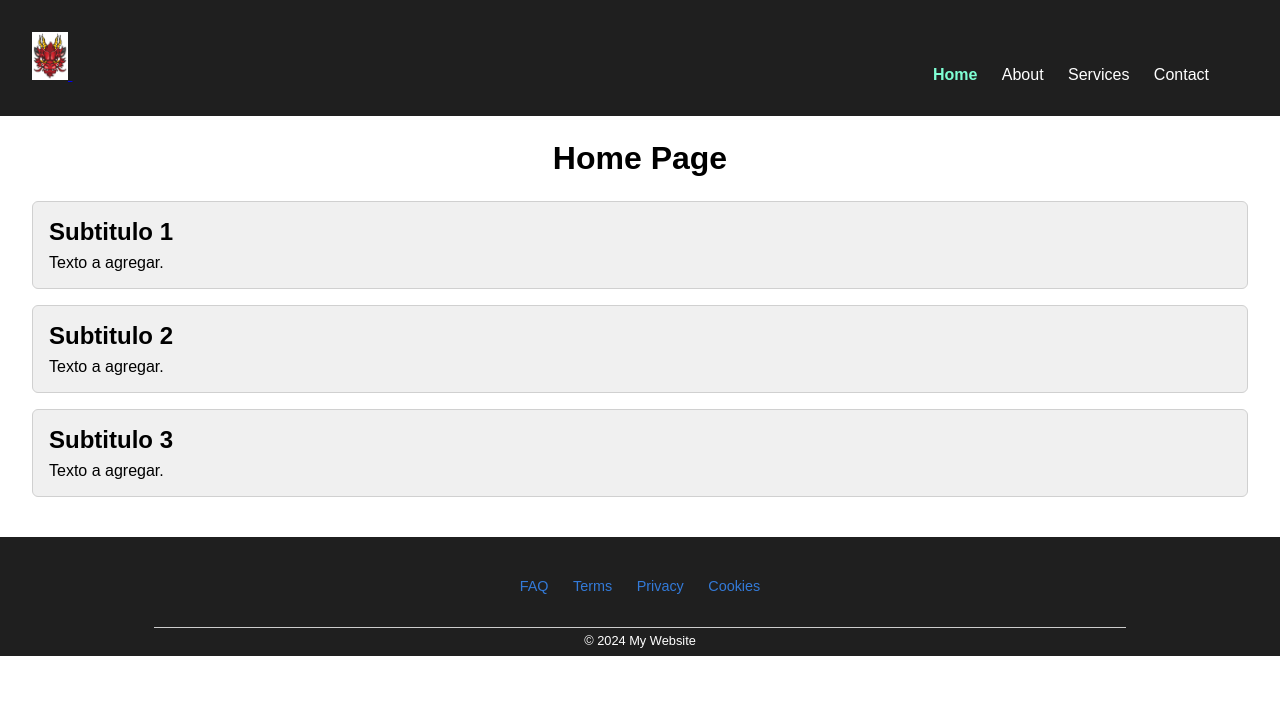
Repository: andreamm-lab/basic-navigation-example-2025-10
Page: index.html
The author's editor kept a copy of each file at every save. The page is drawn from the files as they stood at one save, then again after the next save.
The browser window is 1280 px wide. The pictures show the whole page.

Above is the page before, as saved 2025-11-06 15:48:23.

### index.html
<!DOCTYPE html>
<html lang="en">
<head>
    <meta charset="UTF-8">
    <meta name="viewport" content="width=device-width, initial-scale=1.0">
    <title>Basic Nav Example</title>
    <link rel="stylesheet" href="./main.css">
</head>
<body>
    <header>
        <!--Primary navigation-->
        <nav aria-label="Primary navigation">
            <a href="index.html">
                <img src="images/dragon.png" alt="Dragon logo">
            </a>
            <span class="spacer"></span>
            <ul>
                <li><a href="index.html" class="current">Home</a></li>
                <li><a href="pages/about.html">About</a></li>
                <li><a href="pages/services.html">Services</a></li>
                <li><a href="pages/contact.html">Contact</a></li>
            </ul>
        </nav>
    </header>

    <main class="home-main">
        <h1 id="page-title">Home Page</h1>

        <div class="card-grid">
            <article class="card">
                <h2>Subtitulo 1</h2>
                <p>Texto a agregar.</p>
            </article>
            <article class="card">
                <h2>Subtitulo 2</h2>
                <p>Texto a agregar.</p>
            </article>
            <article class="card">
                <h2>Subtitulo 3</h2>
                <p>Texto a agregar.</p>
            </article>
        </div>
    </main>

    <!--Footer navigation-->
    <footer id="main-footer">
        <nav aria-label="Footer navigation">
            <ul>
                <li><a href="#">FAQ</a></li>
                <li><a href="#">Terms</a></li>
                <li><a href="#">Privacy</a></li>
                <li><a href="#">Cookies</a></li>
            </ul>
        </nav>
        <hr class="footer-line">
        <p>© 2024 My Website</p>
    </footer>
</body>
</html>

### main.css
* {
    box-sizing: border-box;
    margin: 0;
    padding: 0;
}

body {
    font-family: Arial, Helvetica, sans-serif;
    background-color: #ffffff;
    color: #000;
}

/* header - nav principal */
nav {
    padding: 32px 32px;
    min-height: 80px;
    background-color: #1F1F1F;
}

nav img {
    max-height: 48px;
    background-color: white;
}

.spacer {
    display: inline-block;
    width: calc(100% - 40px - 320px);
}

nav ul {
    list-style: none;
    display: inline-block;
    vertical-align: bottom;
}

nav ul li {
    display: inline-block;
    margin-right: 20px;
}

nav ul li:last-child {
    margin-right: 0;
}

nav ul li a {
    text-decoration: none;
}

nav ul li a:link,
nav ul li a:visited {
    color: white;
}

nav ul li a.current {
    color: aquamarine;
    font-weight: bold;
}

nav ul li a:hover {
    color: rgb(92, 229, 0);
}

main {
    display: block;
    padding: 24px 32px;
    min-height: 400px;
}

.home-main h1 {
    text-align: center;
    margin-bottom: 24px;
}

/* text cards */
.card-grid {
    display: block; /* vertical align */
}

.card {
    background-color: #f0f0f0;
    border: 1px solid #d0d0d0;
    border-radius: 6px;
    padding: 16px;
    margin-bottom: 16px;
}

.card h2 {
    margin-bottom: 8px;
}

/* Side menu on Services */
.page {
    display: block;
}

.main-content {
    display: inline-block;
    width: 69%;
    vertical-align: top;
}

.side-nav {
    display: inline-block;
    width: 28%;
    background-color: #2a2a2a;
    color: #fff;
    margin-left: 1%;
    padding: 16px;
    min-height: 320px;
    border: 1px solid #000;
}

.side-nav h2 {
    margin-bottom: 12px;
}

.side-nav ul {
    list-style: none;
}

.side-nav ul li {
    margin-bottom: 8px;
    display: block;
}

.side-nav ul li a {
    color: #4bb4ff;
    text-decoration: none;
}

.side-nav ul li a:hover {
    text-decoration: underline;
}

/* footer */

/* Last Line Text: My Website */
#main-footer {
    background-color: #1F1F1F;
    color: rgb(255, 255, 255);
    text-align: center;
    padding: 8px 32px; /* 1st number: inferior margin | 2nd: weight and it affects the line also. */
}

#main-footer nav ul {
    display: inline-block;
    list-style: none;
    margin-bottom: 0px; /* Distance between FAQ text and white line */
}

#main-footer nav ul li {
    display: inline-block;
    margin: 0 10px; /*Distance between words in footer: FAQ, Terms, etc. */
}

#main-footer nav ul li a {
    color: rgb(51, 122, 216); /* Text color */
    text-decoration: none;
    font-size: 0.9rem;
}

#main-footer p {
    font-size: 0.8rem;
}

#page-title {
    font-size: 2rem;
}

.footer-line {
  border: none;
  border-top: 1px solid #ccc;
  margin: 0px auto 5px;
  width: 80%;
}

After the next save:
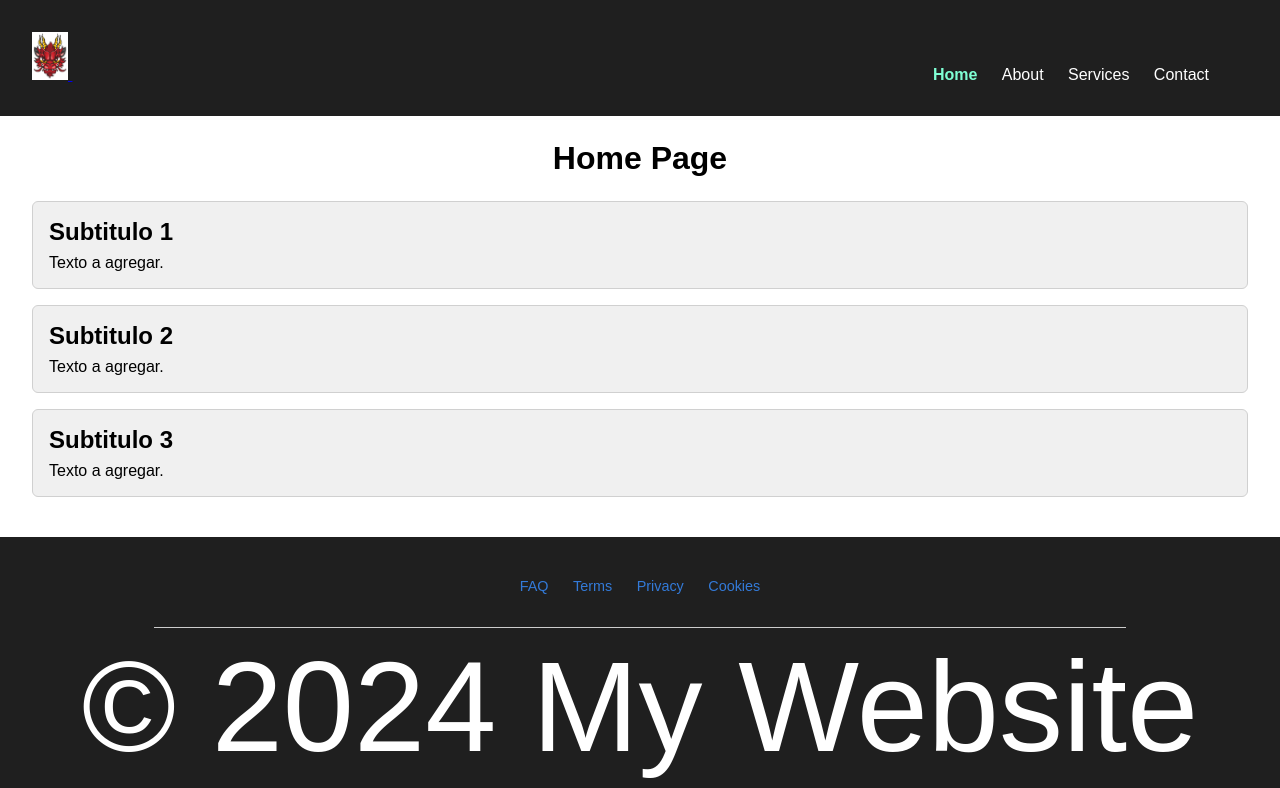
Saved 87 s later.
--- a/main.css
+++ b/main.css
@@ -134,13 +134,7 @@
 
 /* footer */
 
-/* Last Line Text: My Website */
-#main-footer {
-    background-color: #1F1F1F;
-    color: rgb(255, 255, 255);
-    text-align: center;
-    padding: 8px 32px; /* 1st number: inferior margin | 2nd: weight and it affects the line also. */
-}
+/* FAQ, Terms, etc. */
 
 #main-footer nav ul {
     display: inline-block;
@@ -159,8 +153,18 @@
     font-size: 0.9rem;
 }
 
+/* Last Line Text: My Website */
+#main-footer {
+    background-color: #1F1F1F;
+    color: rgb(255, 255, 255);
+    text-align: center;
+    padding: 8px 32px; /* 1st number: inferior margin | 2nd: weight and it affects the line also. */
+}
+
+
+
 #main-footer p {
-    font-size: 0.8rem;
+    font-size: 8rem;
 }
 
 #page-title {

After the save that followed:
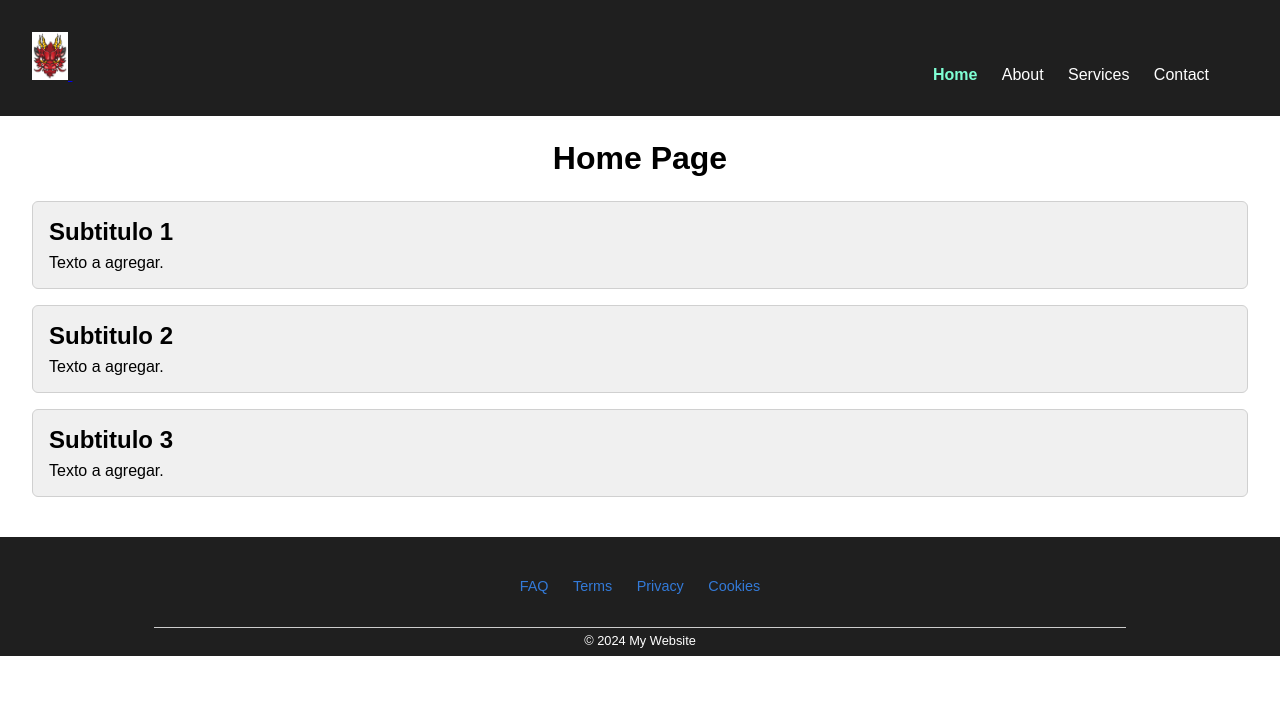
Saved 60 s later.
--- a/main.css
+++ b/main.css
@@ -162,9 +162,8 @@
 }
 
 
-
 #main-footer p {
-    font-size: 8rem;
+    font-size: 0.8rem; /* Font size. 'P' is necesary because */
 }
 
 #page-title {
